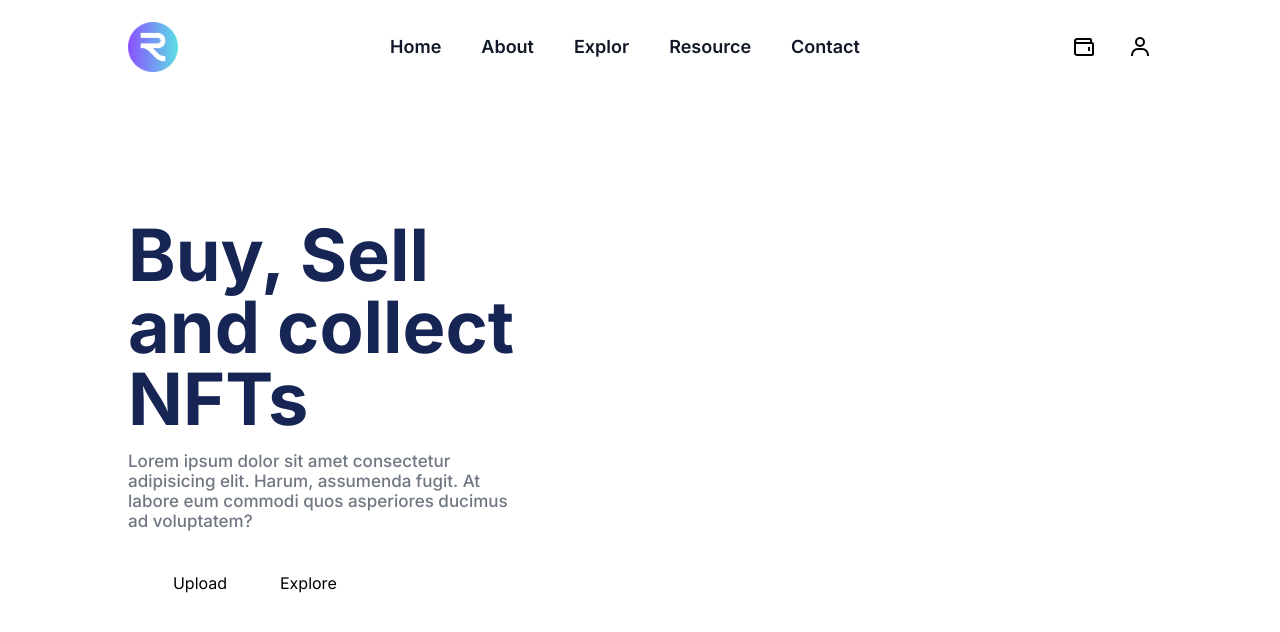
Repository: longblue2910/rimdasilva-ui
Page: /
These files come from the project's save history. The page is drawn as it stood at one moment and after the next save; the edit follows.
The browser window is 1280 px wide. The pictures show the whole page.
The project was rebuilt for these pictures with package versions that can differ from the ones it lists, and the page was loaded fresh each time. The framework's server and built-in components were replaced by stand-ins that run in the browser. Also part of the build but not shown: next.config.mjs.

Above is the page before, as saved 2024-08-09 17:07:12.

### app/layout.tsx
import type { Metadata } from "next";
import { Inter } from "next/font/google";
import "./globals.css";
import ReponsiveNav from "@/components/Home/Navbar/ReponsiveNav";

const inter = Inter({ subsets: ["vietnamese"] });

export const metadata: Metadata = {
  title: "Rimdasilva Dev Blog",
  description: "Rimdasilva Dev Blog",
};

export default function RootLayout({
  children,
}: Readonly<{
  children: React.ReactNode;
}>) {
  return (
    <html lang="en">
      <body className={inter.className}>
        <ReponsiveNav />
        {children}
      </body>
    </html>
  );
}

### app/page.tsx
import Home from "@/components/Home/Home";

const HomePage = () => {
  return (
    <div>
      <Home />
    </div>
  );
};

export default HomePage;

### components/Home/Navbar/ReponsiveNav.tsx
"use client";

import React, { useState } from "react";
import Nav from "./Nav";
import MobileNav from "./MobileNav";

const ReponsiveNav = () => {
  const [showNav, setShowNav] = useState(false);
  const showNavHandler = () => setShowNav(true);
  const closeNavHandler = () => setShowNav(false);

  return (
    <>
      <Nav openNav={showNavHandler} />
      <MobileNav nav={showNav} closeNav={closeNavHandler} />
    </>
  );
};

export default ReponsiveNav;

### components/Home/Home.tsx
import React from "react";
import Hero from "./Hero/Hero";

const Home = () => {
  return (
    <div>
      <Hero />
    </div>
  );
};

export default Home;

### components/Home/Navbar/Nav.tsx
import { navLinks } from "@/constant/Constant";
import Image from "next/image";
import Link from "next/link";
import React from "react";
import { BiUser, BiWallet } from "react-icons/bi";
import { FaBars } from "react-icons/fa";

type Props = {
  openNav: () => void;
};

const Nav = ({ openNav }: Props) => {
  return (
    <div className="w-full h-[13vh]">
      <div className="w-[95%] sm:w-[85%] md:w-[80%] h-full mx-auto flex items-center justify-between">
        {/* Logo */}
        <Image
          src="/images/logo.png"
          alt="Logo"
          width={50}
          objectFit="cover"
          height={50}
        />

        {/* Nav Links */}
        <div className="lg:flex hidden items-center space-x-10">
          {navLinks.map((link) => {
            return (
              <Link href={link.url} key={link.id}>
                <p className="text-lg font-semibold cursor-pointer hover:text-blue-800 transition-all duration-200 text-gray-900">
                  {link.label}
                </p>
              </Link>
            );
          })}
        </div>

        {/* Icons */}
        <div className="flex items-center space-x-8">
          <BiWallet className="w-6 h-6 cursor-pointer hover:text-red-600 " />
          <BiUser className="w-6 h-6 cursor-pointer hover:text-red-600 " />
          <FaBars
            onClick={openNav}
            className="lg:hidden w-6 h-6 cursor-pointer hover:text-red-600 "
          />
        </div>
      </div>
    </div>
  );
};

export default Nav;

### components/Home/Navbar/MobileNav.tsx
import { navLinks } from "@/constant/Constant";
import Image from "next/image";
import Link from "next/link";
import React from "react";
import { BiX } from "react-icons/bi";

type Props = {
  nav: boolean;
  closeNav: () => void;
};

const MobileNav = ({ closeNav, nav }: Props) => {
  const reponsiveNav = nav ? "translate-x-0" : "translate-x-[-100%]";

  return (
    <div
      className={`transform ${reponsiveNav} transition-all duration-500 fixed top-0 left-0 z-[200] h-[100vh] right-0 bottom-0 bg-[#f3ff6b]`}
    >
      {/* Logo */}
      <div>
        <BiX
          onClick={closeNav}
          className="w-8 h-8 absolute top-[2rem] text-black z-[202] right-[2rem]"
        />
      </div>
      {/* Nav Links */}
      <div className="relative z-[201] space-y-12 flex flex-col items-center justify-center h-[60%]">
        {navLinks.map((link) => {
          return (
            <Link href={link.url} key={link.id}>
              <p className="text-2xl font-semibold cursor-pointer hover:text-blue-800 transition-all duration-200 text-gray-900">
                {link.label}
              </p>
            </Link>
          );
        })}
      </div>
    </div>
  );
};

export default MobileNav;

### components/Home/Hero/Hero.tsx
import React from "react";

const Hero = () => {
  return (
    <div className="h-[calc(100vh-13vh)] w-full flex justify-center flex-col">
      <div className="w-4/5 mx-auto items-center grid grid-cols-1 lg:grid-cols-5 gap-8">
        {/* Text content */}
        <div className="col-span-2">
          <h1 className="text-2xl sm:text-4xl lg:text-5xl xl:text-7xl text-blue-950 font-bold">
            Buy, Sell and collect NFTs
          </h1>
          <p className="text-sm md:text-[17px] text-gray-600 text-opacity-80 mt-4 font-medium">
            Lorem ipsum dolor sit amet consectetur adipisicing elit. Harum,
            assumenda fugit. At labore eum commodi quos asperiores ducimus ad
            voluptatem?
          </p>
          <div className="flex items-center space-x-2 mt-10">
            <button className="w-36 rounded-full">Upload</button>
            <button>Explore</button>
          </div>
        </div>
        {/* Image */}
      </div>
    </div>
  );
};

export default Hero;

### constant/Constant.ts
export const navLinks = [
  {
    id: 1,
    url: "#",
    label: "Home",
  },
  {
    id: 2,
    url: "#",
    label: "About",
  },
  {
    id: 3,
    url: "#",
    label: "Explor",
  },
  {
    id: 4,
    url: "#",
    label: "Resource",
  },
  {
    id: 5,
    url: "#",
    label: "Contact",
  },
];

Loaded but not shown: app/globals.css (common file); tailwind.config.ts (common file)

After the next save:
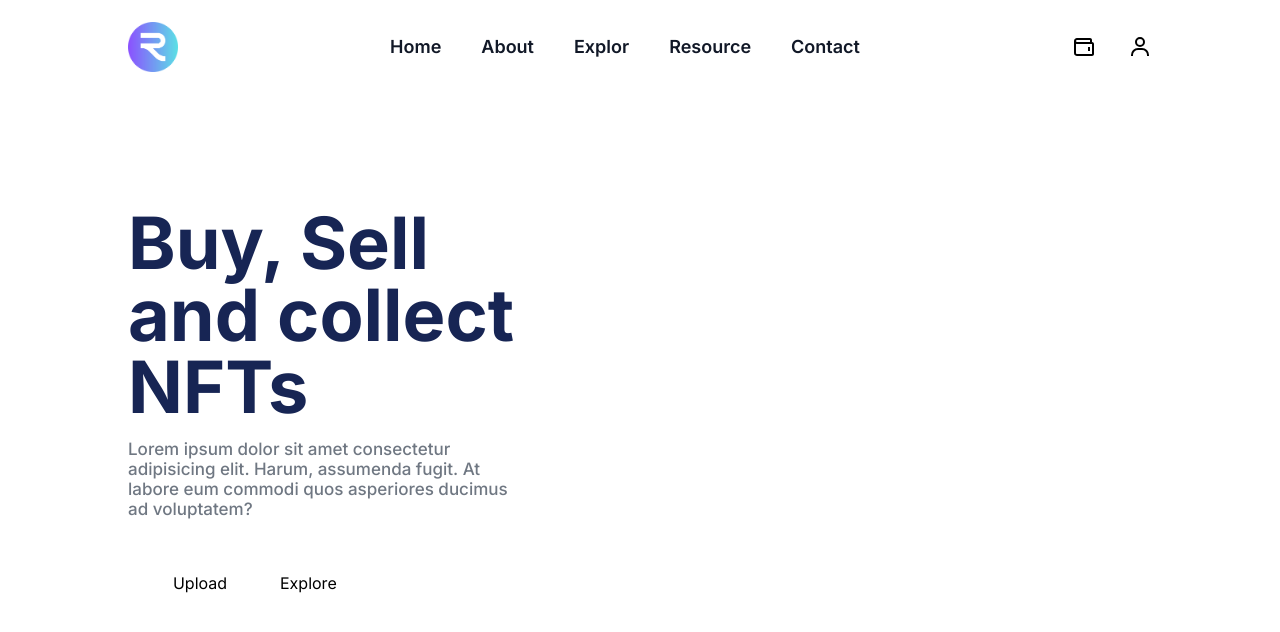
Saved 6 s later.
--- a/components/Home/Hero/Hero.tsx
+++ b/components/Home/Hero/Hero.tsx
@@ -15,7 +15,7 @@ const Hero = () => {
             voluptatem?
           </p>
           <div className="flex items-center space-x-2 mt-10">
-            <button className="w-36 rounded-full">Upload</button>
+            <button className="w-36 rounded-full py-3">Upload</button>
             <button>Explore</button>
           </div>
         </div>
